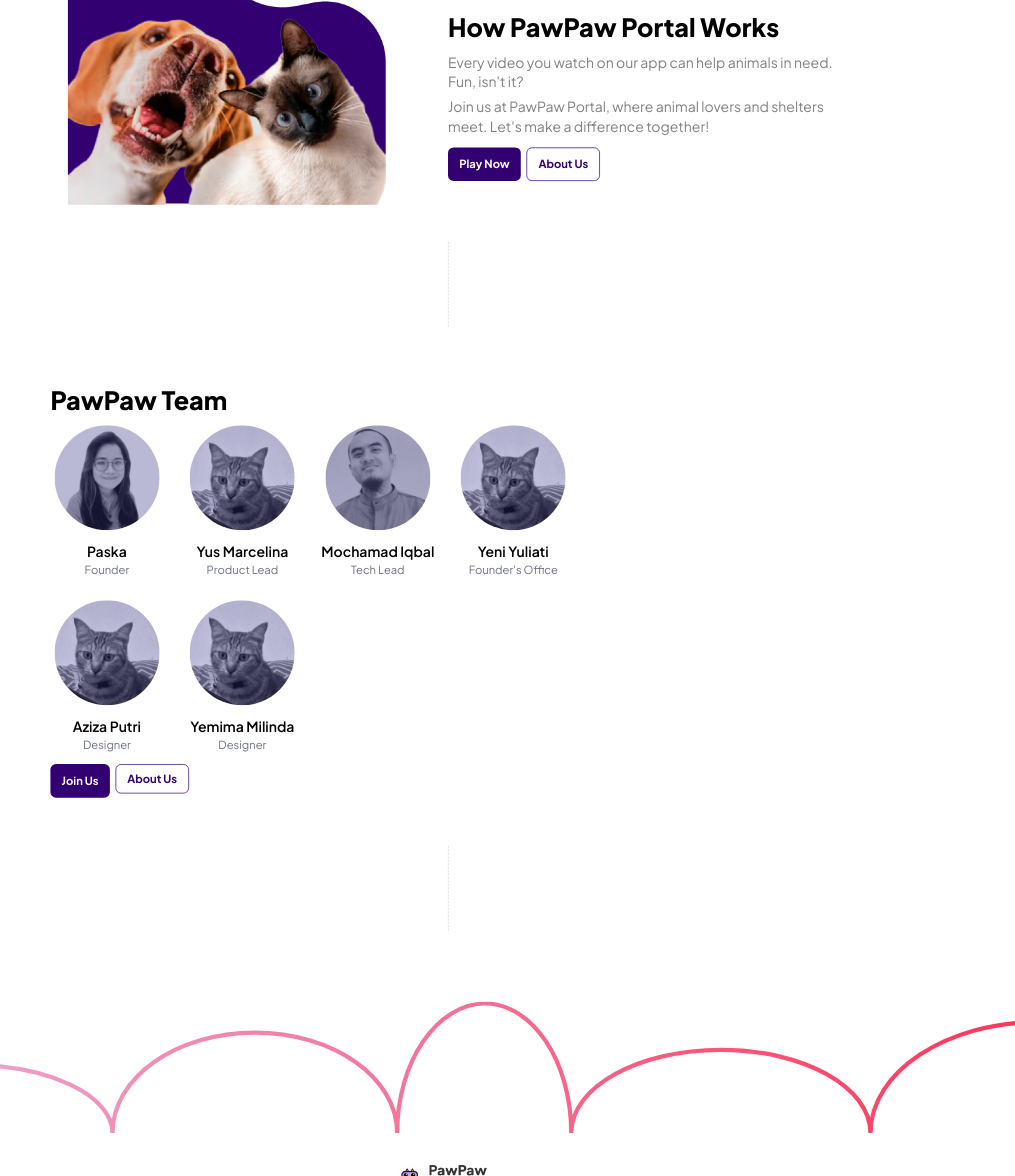
Repository: paskasiregar/pawpawwebsite
Page: /
These files come from the project's save history. The page is drawn as it stood at one moment and after the next save; the edit follows.
The browser window is 1280 px wide. The page is 1450 px wide, so the pictures cover 1450 px, including what lies to the right of the window. The pictures show the part of the page from y = 1231 to 2911 px (the page is 4056 px tall), at 70% of full size.
The project was rebuilt for these pictures with package versions that can differ from the ones it lists, and the page was loaded fresh each time. The framework's server and built-in components were replaced by stand-ins that run in the browser. Also part of the build but not shown: next.config.js, next.config.mjs.

Above is the page before, as saved 2024-09-06 11:42:34.

### src/app/layout.js
import { Inter } from "next/font/google";
import "./globals.css";

const inter = Inter({ subsets: ["latin"] });

export const metadata = {
  title: "PawPaw Portal | Your One-Stop Shelter",
  description: "Your One-Stop Shelter",
};

export default function RootLayout({ children }) {
  return (
    <html lang="en">
      <meta
        name="google-adsense-account"
        content="ca-pub-4770655134097556"
      ></meta>
      <body className={inter.className}>{children}</body>
    </html>
  );
}

### src/app/page.js
import { Contact } from "@/components/contact";
import { Divider } from "@/components/divider";
import { Footer } from "@/components/footer";
import { Header } from "@/components/header";
import CTA from "@/components/CTA";
import Hero from "@/components/hero";
import PrimaryButton from "@/components/primaryButton";
import SecButton from "@/components/secButton";
import Image from "next/image";
import bannerImage from "../assets/banner.png";
import logoHeaderImage from "../assets/banner-10.png";
import Link from "next/link";
import Head from "next/head";
import piupiu from "../assets/piupiu.png";
import paska from "../assets/paska.png";
import iqbal from "../assets/iqbal.png";

export default async function Home() {
  return (
    <div className="w-full font-plus-jakarta m-auto flex min-h-screen flex-col items-center justify-between">
      <Head>
        <script
          async
          src="https://pagead2.googlesyndication.com/pagead/js/adsbygoogle.js?client=ca-pub-4770655134097556"
          crossorigin="anonymous"
        ></script>
      </Head>
      <section className="w-full">
        <div className="centeredcontainer main-container">
          <Header />
        </div>
        <main className="main-container">
          <Hero />
          <Divider />
          <div className="self-stretch bg-white flex flex-col md:flex-row">
            <div className="flex-1 relative h-48 md:h-[489px] z-[0] flex items-center justify-center">
              <Image
                className="w-[80%] h-auto object-cover"
                alt="banner"
                src={bannerImage}
                width={200}
                height={200}
              />
            </div>

            {/* How it works */}
            <div
              id="how-it-works"
              className="flex-1 flex flex-col items-center md:items-start justify-center gap-4 z-[1] p-4 md:p-8"
            >
              <div className="space-y-4">
                <div className="flex justify-center md:justify-start">
                  <svg
                    width="130"
                    height="77"
                    viewBox="0 0 130 77"
                    fill="none"
                    xmlns="http://www.w3.org/2000/svg"
                  >
                    <path
                      d="M2.04016 48.038C39.1938 19.0059 75.4362 75.5193 75.4362 75.5193C58.6481 44.4597 70.5515 14.7701 105.05 54.8444C105.05 54.8444 88.8644 34.0647 127.885 2.52962"
                      stroke="url(#paint0_linear_545_35744)"
                      strokeWidth="4.42591"
                      strokeMiterlimit="10"
                      strokeLinejoin="bevel"
                    />
                    <defs>
                      <linearGradient
                        id="paint0_linear_545_35744"
                        x1="19.971"
                        y1="73.8863"
                        x2="126.116"
                        y2="-0.218346"
                        gradientUnits="userSpaceOnUse"
                      >
                        <stop offset="0.2868" stopColor="#E9404C" />
                        <stop offset="0.2967" stopColor="#EA475C" />
                        <stop offset="0.3252" stopColor="#EB5B85" />
                        <stop offset="0.3554" stopColor="#EB6CA8" />
                        <stop offset="0.3871" stopColor="#EC79C5" />
                        <stop offset="0.4209" stopColor="#EC84DB" />
                        <stop offset="0.4577" stopColor="#ED8BEB" />
                        <stop offset="0.4998" stopColor="#ED90F4" />
                        <stop offset="0.5589" stopColor="#ED91F7" />
                      </linearGradient>
                    </defs>
                  </svg>
                </div>
                <div className="hidden md:flex items-center justify-center">
                  <Image
                    className="w-36 h-10 object-cover"
                    alt="Logo"
                    src={logoHeaderImage}
                    width={120}
                    height={20}
                  />
                </div>
                <div className="flex flex-col items-center md:items-start">
                  <div className="relative font-extrabold text-2xl md:text-4xl text-center md:text-left">
                    How PawPaw Portal Works
                  </div>
                </div>
                <div className="self-stretch flex flex-col md:flex-row items-center md:items-start justify-start text-lg md:text-xl text-gray-500">
                  <div className="flex-1 flex flex-col items-center md:items-start justify-start">
                    <div className="self-stretch">
                      <p className="m-0 text-center md:text-left">
                        Every video you watch on our app can help animals in
                        need. Fun, isn&apos;t it?
                      </p>
                      <p className="m-2"></p>
                      <p className="m-0 text-center md:text-left">
                        Join us at PawPaw Portal, where animal lovers and
                        shelters meet. Let&apos;s make a difference together!
                      </p>
                    </div>
                  </div>
                </div>
                <div className="flex flex-col md:flex-row gap-2">
                  <PrimaryButton href="https://game.pawpawportal.com">
                    Play Now
                  </PrimaryButton>
                  <Link
                    href="#about-us"
                    className="flex flex-col md:flex-row gap-2"
                  >
                    <SecButton>About Us</SecButton>
                  </Link>
                </div>
              </div>
            </div>
          </div>

          {/* Team */}
          <Divider />
          <div
            id="team"
            className="flex-1 flex flex-col items-center md:items-start justify-center gap-4 z-[1] p-4 md:p-8"
          >
            <div className="space-y-4">
              <div className="flex justify-center md:justify-start">
                {/* Optional SVG or Image can go here */}
              </div>

              <div className="flex flex-col items-center md:items-start">
                <div className="relative font-extrabold text-2xl md:text-4xl text-center md:text-left">
                  PawPaw Team
                </div>
              </div>

              <div className="grid grid-cols-1 md:grid-cols-2 lg:grid-cols-4 gap-6 md:gap-8">
                {/* Paska */}
                <div className="flex flex-col items-center">
                  <Image
                    className="rounded-full"
                    alt="Paska"
                    src={paska}
                    width={150}
                    height={150}
                  />
                  <div className="text-xl font-semibold mt-4">Paska</div>
                  <div className="text-gray-500">Founder</div>
                </div>

                {/* Kak Yus */}
                <div className="flex flex-col items-center">
                  <Image
                    className="rounded-full"
                    alt="Yus"
                    src={piupiu}
                    width={150}
                    height={150}
                  />
                  <div className="text-xl font-semibold mt-4">
                    Yus Marcelina
                  </div>
                  <div className="text-gray-500">Product Lead</div>
                </div>

                {/* Mas Iqbal */}
                <div className="flex flex-col items-center">
                  <Image
                    className="rounded-full"
                    alt="Iqbal"
                    src={iqbal}
                    width={150}
                    height={150}
                  />
                  <div className="text-xl font-semibold mt-4">
                    Mochamad Iqbal
                  </div>
                  <div className="text-gray-500">Tech Lead</div>
                </div>

                {/* Julie */}
                <div className="flex flex-col items-center">
                  <Image
                    className="rounded-full"
                    alt="Yeni Yuliati"
                    src={piupiu}
                    width={150}
                    height={150}
                  />
                  <div className="text-xl font-semibold mt-4">Yeni Yuliati</div>
                  <div className="text-gray-500">Founder's Office</div>
                </div>

                {/* Aziza */}
                <div className="flex flex-col items-center">
                  <Image
                    className="rounded-full"
                    alt="Aziza Putri"
                    src={piupiu}
                    width={150}
                    height={150}
                  />
                  <div className="text-xl font-semibold mt-4">Aziza Putri</div>
                  <div className="text-gray-500">Designer</div>
                </div>

                {/* Yemima */}
                <div className="flex flex-col items-center">
                  <Image
                    className="rounded-full"
                    alt="Yemima Milinda"
                    src={piupiu}
                    width={150}
                    height={150}
                  />
                  <div className="text-xl font-semibold mt-4">
                    Yemima Milinda
                  </div>
                  <div className="text-gray-500">Designer</div>
                </div>
              </div>

              <div className="flex flex-col md:flex-row gap-2">
                <PrimaryButton href="https://game.pawpawportal.com">
                  Join Us
                </PrimaryButton>
                <Link href="#about-us">
                  <SecButton>About Us</SecButton>
                </Link>
              </div>
            </div>
          </div>

          <Divider />
          <Contact />
        </main>
        <div className="w-full">
          <div>
            <CTA />
          </div>
          <div id="about-us">
            <Footer />
          </div>
        </div>
      </section>
    </div>
  );
}

### src/app/globals.css
@import url("https://fonts.googleapis.com/css2?family=Plus+Jakarta+Sans:wght@400;600;700;800&display=swap");

@tailwind base;
@tailwind components;
@tailwind utilities;

body {
  font-family: "Plus Jakarta Sans", sans-serif;
}

p,
ul {
  color: gray;
  margin-bottom: 2px;
}

section {
  margin-bottom: 8px;
}

.hero-bg {
  display: flex;
  background: radial-gradient(circle,
      rgb(204, 188, 230) 10%,
      rgb(255, 255, 255) 50%);
}

.cta-container {
  display: flex;
  justify-content: center;
  align-items: center;
  position: relative;
  background: radial-gradient(circle, rgb(14, 4, 4) 0%, rgb(14, 1, 51) 100%);
  padding: 20px;
  gap: 20px;
  min-height: 200px;
}

.cta-button {
  display: inline-block;
  padding: 20px 40px;
  font-size: 24px;
  font-weight: bold;
  color: white;
  background: black;
  border-radius: 40px;
  position: relative;
  z-index: 1;
  overflow: hidden;
  transition: all 0.3s ease;
  text-align: center;
}

.cta-button::before {
  content: "";
  position: absolute;
  top: -2px;
  left: -2px;
  right: -2px;
  bottom: -2px;
  background: linear-gradient(90deg,
      rgb(255, 244, 97) 0%,
      rgb(187, 61, 255) 50%,
      rgb(142, 23, 23) 100%);
  z-index: -1;
  border-radius: inherit;
}

.cta-button::after {
  content: "";
  position: absolute;
  top: 2px;
  left: 2px;
  right: 2px;
  bottom: 2px;
  background: black;
  z-index: -1;
  border-radius: inherit;
}

.cta-button:hover {
  color: rgb(237, 246, 133);
  background: white;
}

.footer-bg {
  background: radial-gradient(circle, rgb(14, 4, 4) 0%, rgb(14, 1, 51) 100%);
  color: white;
  text-align: center;
  padding: 20px;
}

.centeredcontainer {
  width: 100vw;
  height: auto;
}

.main-container {
  width: 100%;
  max-width: 1200px;
  margin: 0 auto;
  padding: 0;
}

.header-content {
  display: flex;
  flex-direction: row;
  align-items: center;
  justify-content: space-between;
}

.header-logo-button {
  display: flex;
  flex-direction: row;
  align-items: center;
  gap: 16px;
  /* Adjust spacing as needed */
}

html {
  scroll-behavior: smooth;
}

### src/components/contact.jsx
import React from "react";
import PrimaryButton from "@/components/primaryButton";
import NameInput from "./nameInput";
import EmailInput from "./emailInput";
import MessageInput from "./mesageInput";
import Image from "next/image";
import logoHeaderImage from "../assets/banner-10.png";

export const Contact = () => {
  return (
    <div className="font-plus-jakarta flex flex-col items-center justify-center py-16 px-4 md:px-[200px] gap-[40px] text-29xl">
      <div className="flex justify-start items-start">
        <svg
          width="1620"
          height="188"
          viewBox="0 0 1620 188"
          fill="none"
          xmlns="http://www.w3.org/2000/svg"
        >
          <path
            d="M1891 188C1891 100.375 1784.67 29.342 1653.5 29.342C1522.34 29.342 1413.53 100.375 1413.53 188C1413.53 122.37 1317.84 69.158 1199.78 69.158C1081.72 69.158 986.029 122.362 986.029 188C986.029 85.8274 930.825 3 862.735 3C794.645 3 737.369 85.8274 737.369 188C737.369 108.853 646.33 44.6865 534.029 44.6865C421.728 44.6865 330.689 108.853 330.689 188C330.689 134.381 239.649 90.9105 127.349 90.9105C15.0481 90.9105 -76 134.381 -76 188"
            stroke="url(#paint0_linear_545_35799)"
            strokeWidth="6"
            strokeMiterlimit="10"
            strokeLinejoin="bevel"
          />
          <defs>
            <linearGradient
              id="paint0_linear_545_35799"
              x1="-84.5283"
              y1="91.1699"
              x2="1899.52"
              y2="91.1699"
              gradientUnits="userSpaceOnUse"
            >
              <stop offset="0.0224" stopColor="#EBADD7" />
              <stop offset="1" stopColor="#FF2445" />
            </linearGradient>
          </defs>
        </svg>
      </div>
      <Image
        className="w-36 h-10 object-cover"
        alt="Logo"
        src={logoHeaderImage}
        width={120}
        height={20}
      />
      <div className="text-4xl font-extrabold w-full">Contact Us</div>
      <form
        action="https://forms.office.com/Pages/ResponsePage.aspx?id=FYBQO9x7eUe5JQ3XgE-7JgfHRnXS951Jum6QCf1rDZlUOTFYM1gyVUNMUzAyRTlFRVlHNUo5UVVRSy4u"
        method="post"
        target="_blank"
        className="w-full"
      >
        <div className="w-full flex flex-col items-start gap-[16px] text-base text-light-l800 font-regular-reg-2">
          <div className="w-full flex flex-col md:flex-row gap-[20px]">
            <div className="w-full md:w-1/2">
              <label
                htmlFor="name"
                className="w-full block text-sm font-medium text-gray-700"
              ></label>
              <NameInput className="w-full" id="name" name="name" required />
            </div>
            <div className="w-full md:w-1/2">
              <label
                htmlFor="email"
                className="block text-sm font-medium text-gray-700"
              ></label>
              <EmailInput className="w-full" id="email" name="email" required />
            </div>
          </div>
          <div className="w-full">
            <label
              htmlFor="message"
              className="block text-sm font-medium text-gray-700"
            ></label>
            <MessageInput
              className="w-full"
              id="message"
              name="message"
              required
            />
          </div>
        </div>
        <div className="mt-4">
          <PrimaryButton type="submit">Send Now</PrimaryButton>
        </div>
      </form>
    </div>
  );
};

export default Contact;

### src/components/divider.jsx
export const Divider = () => {
  return (
    <div className="self-stretch h-[195px] flex flex-row items-center justify-center py-16 px-[130px] box-border">
      <div className="w-px relative box-border h-[121px] border-r-[1px] border-dashed border-gray-300" />
    </div>
  );
};

### src/components/header.jsx
import Link from "next/link";
import PrimaryButton from "@/components/primaryButton";
import React from "react";
import Image from "next/image";
import logoHeaderImage from "../assets/banner-10.png";

export const Header = () => {
  return (
    <div className="font-plus-jakarta w-full flex flex-col items-center justify-center text-left text-gray-500">
      <div className="self-stretch bg-white flex flex-col items-center justify-center text-sm">
        <div className="w-full header-content p-2.5 box-border">
          <Link href="/">
            {" "}
            {/* Homepage */}
            <Image
              className="w-36 h-10 object-cover"
              alt="Logo"
              src={logoHeaderImage}
              width={120}
              height={20}
            />
          </Link>
          <div className="hidden md:flex flex-row items-center justify-center gap-8">
            <div>
              <Link href="#how-it-works">How It Works</Link>
            </div>
            <div>
              <Link href="#about-us">About Us</Link>
            </div>
            <div>
              <Link href="/privacy">Privacy Policy</Link>
            </div>
          </div>
          <div className="header-logo-button">
            <PrimaryButton href="https://game.pawpawportal.com">
              Be Our Hero Today!
            </PrimaryButton>
          </div>
        </div>
      </div>
    </div>
  );
};

export default Header;

### src/components/CTA.jsx
import React from "react";
import Link from "next/link";

const CTA = () => {
  return (
    <div className="cta-container font-plus-jakarta p-4 md:p-8 flex flex-col md:flex-row items-center justify-center">
      <svg
        className="cta-decoration mb-4 md:mb-0 md:mr-4"
        width="48"
        height="46"
        viewBox="0 0 48 46"
        fill="none"
        xmlns="http://www.w3.org/2000/svg"
      >
        <path
          d="M2 46C2 27.296 29.551 30.0086 36.5736 34.5625C36.5736 34.5625 14.4611 2 47.5714 2"
          stroke="url(#cta_gradient)"
          strokeWidth="3.92857"
          strokeMiterlimit="10"
          strokeLinejoin="bevel"
        />
        <defs>
          <linearGradient
            id="cta_gradient"
            x1="37.3571"
            y1="2"
            x2="7.5"
            y2="46"
            gradientUnits="userSpaceOnUse"
          >
            <stop stopColor="#FF2445" />
            <stop offset="1" stopColor="#F5AB0E" />
          </linearGradient>
        </defs>
      </svg>
      <Link href="https://game.pawpawportal.com">
        <div className="cta-button text-center bg-gradient-to-r from-orange-500 to-pink-500 text-white font-bold py-2 px-4 rounded-lg shadow-lg cursor-pointer">
          Play Our Game Now
        </div>
      </Link>
    </div>
  );
};

export default CTA;

### src/components/primaryButton.jsx
import React from "react";

const PrimaryButton = ({ children, onClick }) => {
  return (
    <button
      className="self-stretch bg-inherit-320071 hover:bg-blue-700 text-white font-bold px-4 py-3 rounded-lg"
      onClick={onClick}
    >
      {children}
    </button>
  );
};

export default PrimaryButton;

### src/components/secButton.jsx
import React from "react";

const SecButton = ({ children, onClick }) => {
  return (
    <button
      className="bg-white border border-inherit-320071 text-inherit-320071 font-bold py-2 px-4 rounded-lg"
      onClick={onClick}
    >
      {children}
    </button>
  );
};

export default SecButton;

### src/components/nameInput.jsx
import React from "react";

const NameInput = ({ value, onChange }) => {
  return (
    <div className="mb-4">
      <label
        className="block text-gray-700 text-sm font-bold mb-2"
        htmlFor="name"
      >
        Name
      </label>
      <input
        id="name"
        type="text"
        value={value}
        onChange={onChange}
        className="shadow appearance-none border rounded w-full py-2 px-3 text-gray-700 leading-tight focus:outline-none focus:shadow-outline"
        placeholder="Your Name"
      />
    </div>
  );
};

export default NameInput;

### src/components/emailInput.jsx
import React from "react";

const EmailInput = ({ value, onChange }) => {
  return (
    <div className="mb-4">
      <label
        className="block text-gray-700 text-sm font-bold mb-2"
        htmlFor="email"
      >
        Email
      </label>
      <input
        id="email"
        type="email"
        value={value}
        onChange={onChange}
        className="shadow appearance-none border rounded w-full py-2 px-3 text-gray-700 leading-tight focus:outline-none focus:shadow-outline"
        placeholder="Your Email"
      />
    </div>
  );
};

export default EmailInput;

### src/components/mesageInput.jsx
import React from "react";

const MessageInput = ({ value, onChange }) => {
  return (
    <div className="mb-4">
      <label
        className="block text-gray-700 text-sm font-bold mb-2"
        htmlFor="message"
      >
        Message
      </label>
      <textarea
        id="message"
        value={value}
        onChange={onChange}
        className="shadow appearance-none border rounded w-full py-2 px-3 text-gray-700 leading-tight focus:outline-none focus:shadow-outline"
        placeholder="Your Message"
        rows="5"
      />
    </div>
  );
};

export default MessageInput;

Loaded but not shown: tailwind.config.js (24 lines, source omitted); src/components/hero.jsx (211 lines, source omitted); src/components/footer.jsx (175 lines, source omitted)

After the next save:
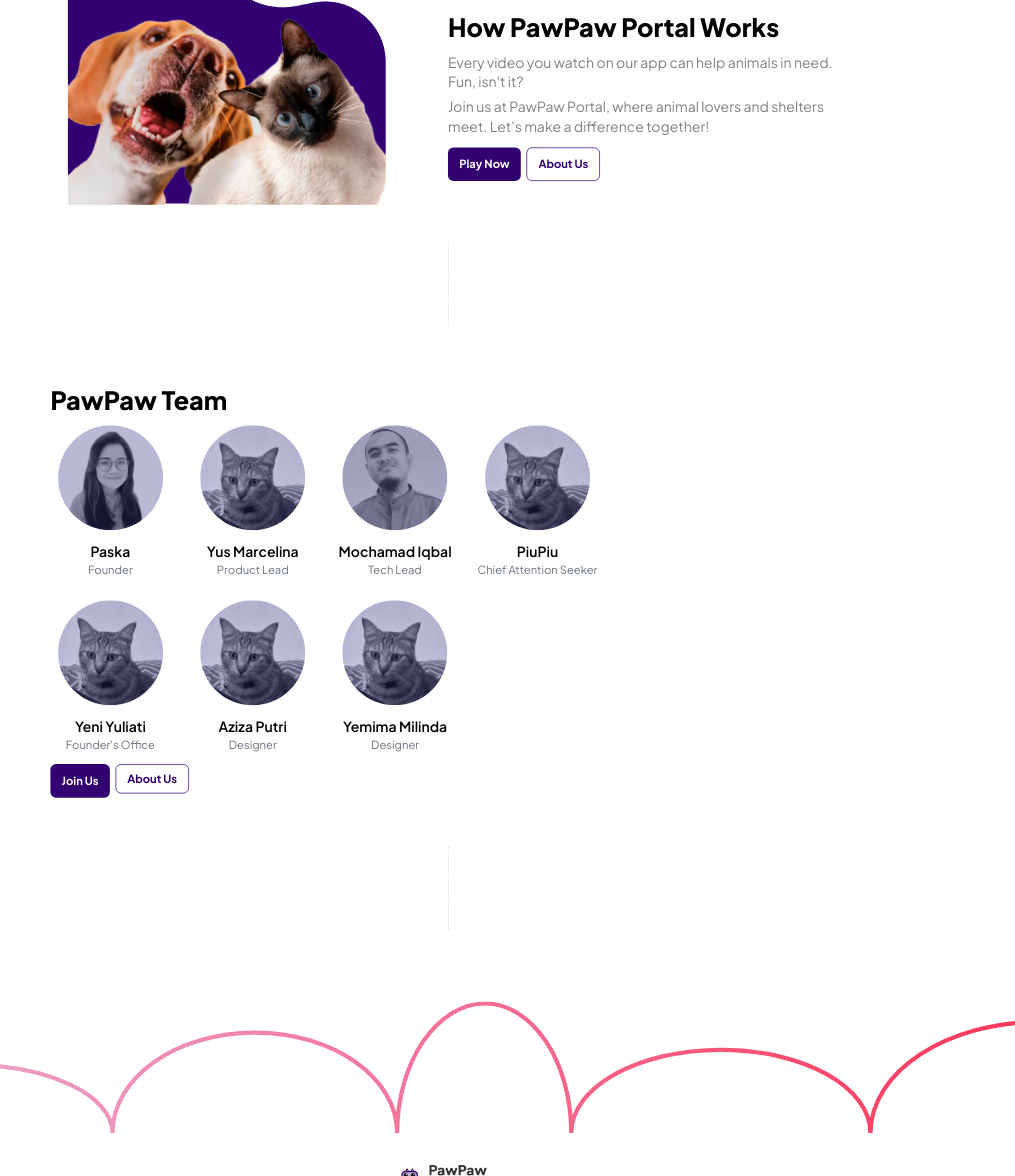
Saved 101 s later.
--- a/src/app/page.js
+++ b/src/app/page.js
@@ -191,6 +191,19 @@ export default async function Home() {
                   <div className="text-gray-500">Tech Lead</div>
                 </div>
 
+                {/* PiuPiu */}
+                <div className="flex flex-col items-center">
+                  <Image
+                    className="rounded-full"
+                    alt="PiuPiu"
+                    src={piupiu}
+                    width={150}
+                    height={150}
+                  />
+                  <div className="text-xl font-semibold mt-4">PiuPiu</div>
+                  <div className="text-gray-500">Chief Attention Seeker</div>
+                </div>
+
                 {/* Julie */}
                 <div className="flex flex-col items-center">
                   <Image
